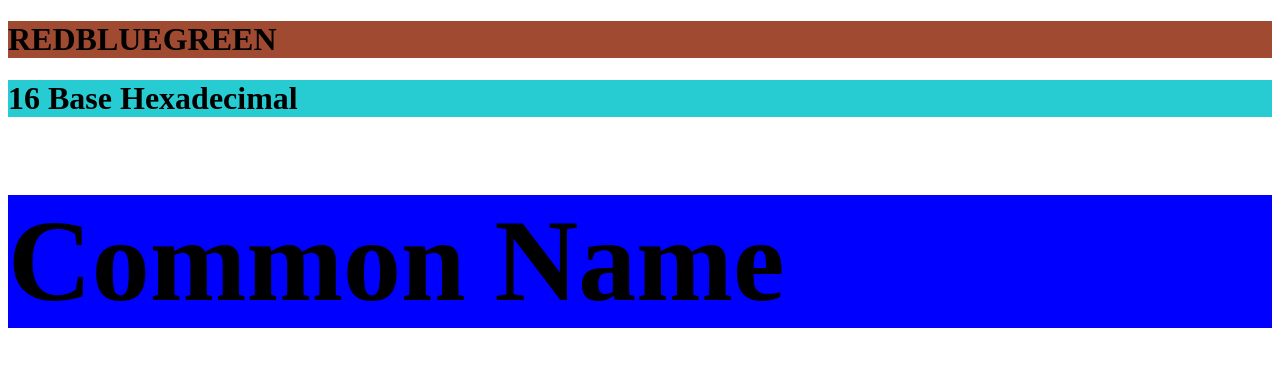
Repository: 3EyEdRav3n/10-2020-cohort-course
Page: week-1/day-4/warm-up.html
An editor plug-in stored every save of this project. The page is shown before and after the next save, followed by the edit.
The browser window is 1280 px wide. The pictures show the whole page.

Above is the page before, as saved 2020-10-29 20:21:44.

### week-1/day-4/warm-up.html
<!DOCTYPE html>
<html lang="en">
  <head>
    <meta charset="UTF-8" />
    <meta name="viewport" content="width=device-width, initial-scale=1.0" />
    <link rel="stylesheet" href="./warm-up.css" />
    <link
      href="https://fonts.googleapis.com/css2?family=Roboto:wght@100&display=swap"
      rel="stylesheet"
    />
    <title>Document</title>
  </head>
  <body>
    <div class="Div1">
      <h1>REDBLUEGREEN</h1>
    </div>
    <div class="Div2">
      <h1>16 Base Hexadecimal</h1>
    </div>
    <div class="Div3">
      <h1>Common Name</h1>
    </div>
  </body>
</html>

### week-1/day-4/warm-up.css


.Div1 {
    background-color: rgb(160, 75, 49);
    font-style: lowercase;
}

.Div2 {
    background-color: #27CCD2 ;
    align: right;
}

.Div3 {
    background-color: blue;
    font-size: 58px;
}

After the next save:
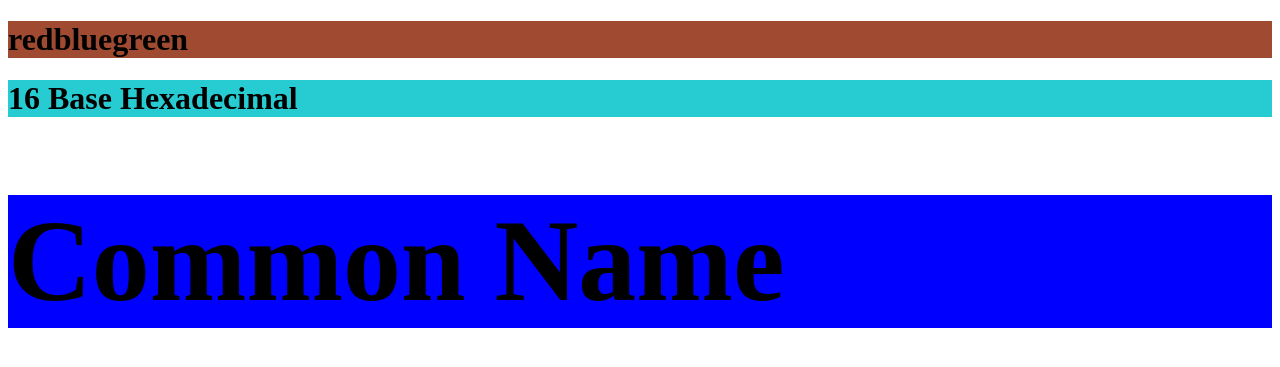
Saved 44 s later.
--- a/week-1/day-4/warm-up.css
+++ b/week-1/day-4/warm-up.css
@@ -2,7 +2,7 @@
 
 .Div1 {
     background-color: rgb(160, 75, 49);
-    font-style: lowercase;
+    text-transform: lowercase;
 }
 
 .Div2 {
